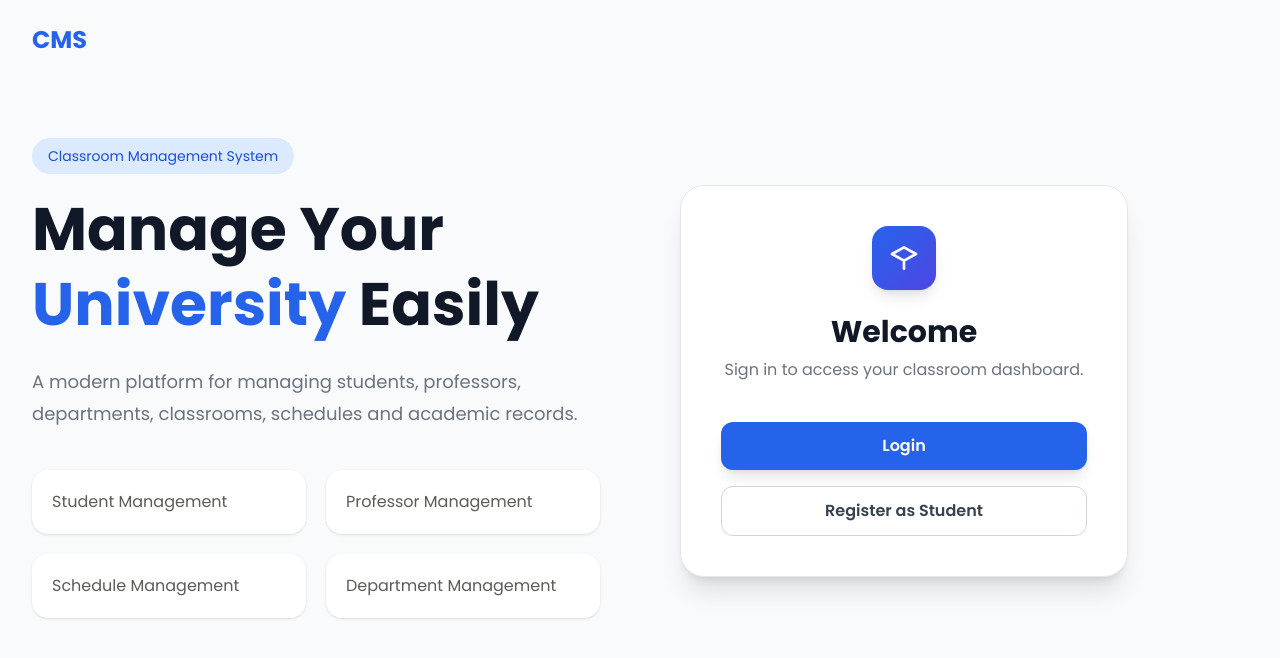
Repository: Chocovcandy/Classroom_Management_System
Page: http://localhost/Login_page
The author's editor kept a copy of each file at every save. The page is drawn from the files as they stood at one save, then again after the next save.
The browser window is 1280 px wide. The pictures show the whole page.
Some web libraries are served in a nearby version. The page is served by the project's Laravel application, run on PHP 8.4 with Laravel 12. Other server files are loaded and not shown.

Above is the page before, as saved 2026-08-09 16:09:02.

### routes/web.php
<?php

use App\Http\Controllers\ProfileController;
use App\Http\Controllers\RoleSelectController;
use Illuminate\Support\Facades\Route;
use App\Http\Controllers\Admin\DepartmentController;
use App\Http\Controllers\Admin\UserController;

//public routes
Route::get('/', function () {
    return view('welcome');
})->name('welcome');

Route::get('/Login_page', function () {
    return view('Login_page');
})->name('Login_page');


// Authentication routes (login, register, etc.) are provided by Breeze
Route::middleware(['auth'])->group(function () {

    // Role selection (after login)
    Route::get('/role/select', [RoleSelectController::class, 'show'])
        ->name('role.select');

    Route::post('/role/select', [RoleSelectController::class, 'store'])
        ->name('role.select.store');

    // Profile (any logged-in user)
    Route::controller(ProfileController::class)->group(function () {
        Route::get('/profile', 'edit')->name('profile.edit');
        Route::patch('/profile', 'update')->name('profile.update');
        Route::delete('/profile', 'destroy')->name('profile.destroy');
    });

    // Admin routes
    Route::prefix('admin')
        ->name('admin.')
        ->middleware(['role:Admin'])
        ->group(function () {

            Route::view('/dashboard', 'admin.dashboard')
                ->name('dashboard');

            Route::resource('users', UserController::class);
            Route::resource('departments', DepartmentController::class);
        });

 // Dean rputes
    Route::prefix('dean')
        ->name('dean.')
        ->middleware(['role:Dean'])
        ->group(function () {
            Route::view('/dashboard', 'dean.dashboard')
                ->name('dashboard');
        });

    //HoD routes
    Route::prefix('hod')
        ->name('hod.')
        ->middleware(['role:HoD'])
        ->group(function () {
            Route::view('/dashboard', 'hod.dashboard')
                ->name('dashboard');
        });

    // Professor routes
    Route::prefix('professor')
        ->name('professor.')
        ->middleware(['role:Professor'])
        ->group(function () {
            Route::view('/dashboard', 'professor.dashboard')
                ->name('dashboard');
        });

    // Student routes
    Route::prefix('student')
        ->name('student.')
        ->middleware(['role:Student'])
        ->group(function () {
            Route::view('/dashboard', 'student.dashboard')
                ->name('dashboard');
        });


});

require __DIR__.'/auth.php';

### resources/views/Login_page.blade.php
<!DOCTYPE html>
<html lang="en">

<head>
    <meta charset="UTF-8">
    <meta name="viewport" content="width=device-width, initial-scale=1.0">
    <!--=============== BOXICONS ===============-->
    <link rel="stylesheet" href="https://cdn.jsdelivr.net/npm/boxicons@latest/css/boxicons.min.css">

    <!--=============== CSS ===============-->
    <link rel="stylesheet" href="/assets/css/style.css">

    <title>Classroom Management System</title>

    <!-- Tailwind CDN (quick setup) -->
    <script src="https://cdn.tailwindcss.com"></script>
</head>
<body>
            <div class="min-h-screen bg-slate-50">

                <!-- Navigation -->
                <nav class="max-w-7xl mx-auto flex items-center justify-between py-6 px-8">

                    <h1 class="text-2xl font-bold text-blue-600">
                        CMS
                    </h1>

                </nav>


                <div class="max-w-7xl mx-auto px-8 py-16 grid lg:grid-cols-2 gap-20 items-center">

                    <!-- Left -->

                    <div>

                        <span class="bg-blue-100 text-blue-700 px-4 py-2 rounded-full text-sm">
                            Classroom Management System
                        </span>

                        <h1 class="text-6xl font-extrabold mt-6 leading-tight text-gray-900">
                            Manage Your
                            <span class="text-blue-600">
                                University
                            </span>
                            Easily
                        </h1>

                        <p class="mt-6 text-lg text-gray-500 leading-8">

                            A modern platform for managing students,
                            professors, departments, classrooms,
                            schedules and academic records.

                        </p>

                        <div class="grid grid-cols-2 gap-5 mt-10">

                            <div class="bg-white rounded-2xl p-5 shadow">
                                Student Management
                            </div>

                            <div class="bg-white rounded-2xl p-5 shadow">
                                Professor Management
                            </div>

                            <div class="bg-white rounded-2xl p-5 shadow">
                                Schedule Management
                            </div>

                            <div class="bg-white rounded-2xl p-5 shadow">
                                Department Management
                            </div>

                        </div>

                    </div>


                    <!-- Right -->

                    <div class="w-full max-w-md bg-white rounded-3xl border border-gray-200 shadow-xl p-10">

                        <!-- Header -->
                        <div class="text-center">

                            <div
                                class="mx-auto flex h-16 w-16 items-center justify-center rounded-2xl bg-gradient-to-br from-blue-600 to-indigo-600 shadow-lg">
                                <svg xmlns="http://www.w3.org/2000/svg" class="h-8 w-8 text-white" fill="none"
                                    viewBox="0 0 24 24" stroke="currentColor">

                                    <path stroke-linecap="round" stroke-linejoin="round" stroke-width="2"
                                        d="M12 14l9-5-9-5-9 5 9 5zm0 0v6m0-6L3 9m9 5l9-5" />

                                </svg>
                            </div>

                            <h2 class="mt-6 text-3xl font-bold text-gray-900">
                                Welcome
                            </h2>

                            <p class="mt-2 text-gray-500">
                                Sign in to access your classroom dashboard.
                            </p>

                        </div>

                        @guest

                            <div class="mt-10 space-y-4">

                                <a href="{{ route('login') }}"
                                    class="flex items-center justify-center rounded-xl bg-blue-600 py-3 font-semibold text-white shadow-lg hover:bg-blue-700 hover:shadow-xl transition duration-300">

                                    Login

                                </a>

                                @if (Route::has('register'))

                                    <a href="{{ route('register') }}"
                                        class="flex items-center justify-center rounded-xl border border-gray-300 bg-white py-3 font-semibold text-gray-700 hover:bg-gray-50 transition duration-300">

                                        Register as Student

                                    </a>

                                @endif

                            </div>

                        @endguest


                        @auth

                            @php
                                $role = auth()->user()->roles->first()->role_name ?? 'User';
                            @endphp

                            <div class="mt-8">

                                <!-- User Card -->
                                <div class="rounded-2xl bg-slate-50 border border-slate-200 p-5 text-center">

                                    <div
                                        class="mx-auto flex h-14 w-14 items-center justify-center rounded-full bg-blue-100 text-blue-700 font-bold text-xl">

                                        {{ strtoupper(substr(auth()->user()->name, 0, 1)) }}

                                    </div>

                                    <h3 class="mt-4 text-xl font-semibold text-gray-900">
                                        {{ auth()->user()->name }}
                                    </h3>

                                    <span
                                        class="inline-flex mt-2 rounded-full bg-blue-100 px-3 py-1 text-sm font-medium text-blue-700">

                                        {{ $role }}

                                    </span>

                                </div>

                                <!-- Dashboard Button -->

                                @if ($role === 'Admin')
                                <a href="{{ route('admin.dashboard') }}" @elseif ($role === 'Dean')
                                href="{{ route('dean.dashboard') }}" @elseif ($role === 'HoD')
                                    href="{{ route('hod.dashboard') }}" @elseif ($role === 'Professor')
                                    href="{{ route('professor.dashboard') }}" @elseif ($role === 'Student')
                                    href="{{ route('student.dashboard') }}" @endif
                                    class="mt-6 flex justify-center rounded-xl bg-emerald-600 py-3 font-semibold text-white shadow-lg hover:bg-emerald-700 transition">

                                    Go to Dashboard

                                </a>

                                <form method="POST" action="{{ route('logout') }}" class="mt-4">
                                    @csrf

                                    <button type="submit"
                                        class="w-full rounded-xl border border-red-300 py-3 font-medium text-red-600 hover:bg-red-50 transition">

                                        Logout

                                    </button>

                                </form>

                            </div>

                        @endauth

                    </div>
                </div>



            </div>

    </div>


</body>

</html>

### public/assets/css/style.css
/*=============== GOOGLE FONTS ===============*/
@import url("https://fonts.googleapis.com/css2?family=Poppins:wght@400;600;700&display=swap");
/*=============== VARIABLES CSS ===============*/
:root {
    --header-height: 3rem;
    /*========== Colors ==========*/
    --hue: 45;
    --sat: 98%;
    --first-color: hsl(var(--hue), var(--sat), 60%);
    --first-color-light: hsl(var(--hue), var(--sat), 85%);
    --first-color-lighten: hsl(var(--hue), var(--sat), 80%);
    --first-color-alt: hsl(var(--hue), var(--sat), 53%);
    --title-color: hsl(var(--hue), 4%, 15%);
    --text-color: hsl(var(--hue), 4%, 35%);
    --text-color-light: hsl(var(--hue), 4%, 65%);
    --body-color: hsl(var(--hue), 0%, 100%);
    --container-color: #fff;
    --scroll-bar-color: hsl(var(--hue), 4%, 85%);
    --scroll-thumb-color: hsl(var(--hue), 4%, 75%);
    /*========== Font and typography ==========*/
    --body-font: "Poppins", sans-serif;
    --biggest-font-size: 2rem;
    --h2-font-size: 1.25rem;
    --h3-font-size: 1.125rem;
    --normal-font-size: 0.938rem;
    --small-font-size: 0.813rem;
    --smaller-font-size: 0.75rem;
    /*========== Font weight ==========*/
    --font-semi-bold: 600;
    --font-bold: 700;
    /*========== Margenes ==========*/
    --mb-0-5: 0.5rem;
    --mb-0-75: 0.75rem;
    --mb-1: 1rem;
    --mb-1-5: 1.5rem;
    --mb-2: 2rem;
    /*========== z index ==========*/
    --z-tooltip: 10;
    --z-fixed: 100;
}

@media screen and (min-width: 968px) {
    :root {
        --biggest-font-size: 3rem;
        --h2-font-size: 1.75rem;
        --h3-font-size: 1.25rem;
        --normal-font-size: 1rem;
        --small-font-size: 0.875rem;
        --smaller-font-size: 0.813rem;
    }
}
/*=============== BASE ===============*/
*,
::before,
::after {
    box-sizing: border-box;
    padding: 0;
    margin: 0;
}

html {
    scroll-behavior: smooth;
    scroll-padding-top: 6rem;
}

body {
    margin: 0;
    font-family: var(--body-font);
    font-size: var(--normal-font-size);
    background: #ffffff;
    color: var(--text-color);
    transition: 0.5s;
}

h1,
h2,
h3 {
    font-weight: var(--font-semi-bold);
    color: var(--title-color);
    line-height: 1.2;
}

ul {
    list-style: none;
}

a {
    text-decoration: none;
}

/*=============== THEME ===============*/
/*========== Variables Dark theme ==========*/
body.dark-theme {
    --first-color-light: hsl(var(--hue), var(--sat), 75%);
    --title-color: hsl(var(--hue), 4%, 95%);
    --text-color: hsl(var(--hue), 4%, 80%);
    --body-color: hsl(var(--hue), 8%, 13%);
    --container-color: hsl(var(--hue), 8%, 16%);
    --scroll-bar-color: hsl(var(--hue), 4%, 32%);
    --scroll-thumb-color: hsl(var(--hue), 4%, 24%);
}
.container{
    max-width: 1300px;
    margin: 0 auto;
    padding: 0 3rem;
}
/*========== Button Dark/Light ==========*/
.change-theme {
    position: absolute;
    right: 1.5rem;
    top: 2.2rem;
    color: var(--title-color);
    font-size: 1.8rem;
    cursor: pointer;
}

.dark-theme .footer {
    background-color: var(--container-color);
}

/*=============== REUSABLE CSS CLASSES ===============*/
.section {
    padding: 4.5rem 0 1rem;
}

.section__title,
.section__title-center {
    font-size: var(--h2-font-size);
    color: var(--title-color);
    text-align: center;
    margin-bottom: var(--mb-1);
}


.svg__img {
    width: 300px;
    justify-self: center;
}

/*=============== LAYOUT ===============*/
.container{
    max-width: 1600px;
    margin-left: auto;
    margin-right: auto;
    /* background-color: red; */
}

.grid {
    display: grid;
    gap: 4.5rem;
}

/*=============== HEADER ===============*/
.header{
    position: fixed;
    top: 25px;
    left: 0;
    width: 100%;
    z-index: 1000;
    background: transparent;
}

/*=============== NAV ===============*/
.nav{
    max-width: 1300px;
    margin: auto;
    height: 60px;
    display: flex;
    justify-content: space-between;
    align-items: center;

    padding: 0 24px;

    background: rgba(255,255,255,.85);
    backdrop-filter: blur(20px);

    border-radius: 40px;

    box-shadow:
        0 10px 30px rgba(0,0,0,.08);

    border: 1px solid rgba(255,255,255,.5);
}
.LU_logo{
    width: 190px;
}
.nav__menu{
    flex: 1;
    display: flex;
    justify-content: center;
}
.nav__list{
    display:flex;
    gap:18px;
    list-style:none;
}

.nav__link{
    padding:10px 18px;
    border-radius:30px;

    text-decoration:none;
    color:#555;

    font-weight:600;

    transition:.3s;
}
.nav__link:hover{
    background:#f3f4f6;
    color:var(--first-color);
}

.active-link{
    background:hsl(219, 79%, 57%);
}
.nav__actions{
    display:flex;
    align-items:center;
}
#getStarted{
    padding:12px 24px;
    border-radius:40px;
    background:var(--first-color);
    color:#fff;
    text-decoration:none;
    font-weight:600;
    transition:.3s;
}

#getStarted:hover{
    transform:translateY(-2px);
    box-shadow:0 10px 20px rgba(0,0,0,.15);
}




/*=============== SVG Image ===============*/
.img_svg1 svg {
    width: 100%;
    max-width: 500px;
    margin-left: 125px;
}

.img_svg2 svg {
    width: 100%;
    max-width: 480px;
    margin-left: 50px;
}
.img_svg3 svg {
    width: 100%;
    max-width: 530px;
    margin-left: 85px;
}
.img_svg4 svg {
    margin-top: 80px;
    width: 100%;
    max-width: 580px;
    /* margin-left: 40px; */
}
.img_svg5 svg {
    display: block;
    width: 100%;
    max-width: 130px;
    margin: 0 auto 0px;
}
.img_svg6 svg {
    display: block;
    width: 100%;
    max-width: 180px;
    margin: 0 auto 0px;
}
.img_svg7 svg {
    display: block;
    width: 100%;
    max-width: 220px;
    margin: 0 auto 0px;
}
.image_01 img {
    width: 100%;
    max-width: 180px;
    height: 180px;
    object-fit: cover;
    border-radius: 50%;
    display: block;
    margin: 0 auto;
}
.image_02 img {
    width: 100%;
    max-width: 180px;
    height: 180px;
    object-fit: cover;
    border-radius: 50%;
    display: block;
    margin: 0 auto;
}
.img_svg1{
    display:flex;
    justify-content:center;
    position:relative;
}

.img_svg1 svg{
    width:100%;
    max-width:560px;
    animation:float 5s ease-in-out infinite;
}


/*================ HOME =================*/
@media screen and (max-width: 768px) {

    .home {
        min-height: auto;

        padding: 90px 0 70px;
    }

    .home__container {
        grid-template-columns: 1fr;

        gap: 50px;

        text-align: center;
    }

    .home__data {
        max-width: 600px;

        margin: 0 auto;
    }

    .home__title {
        font-size: 2.7rem;

        letter-spacing: -1.5px;
    }

    .home__description {
        margin-left: auto;
        margin-right: auto;
    }

    .home__buttons {
        justify-content: center;
    }

    .home__image {
        padding: 10px;
    }

    .home__image::before {
        width: 300px;
        height: 300px;
    }

    .home__image svg {
        max-width: 350px;
    }
}











@keyframes float{

    0%,100%{
        transform:translateY(0);
    }

    50%{
        transform:translateY(-15px);
    }

}







#services__description {
    margin-top: 20px;
}


#services {
    margin-top: 120px;
}


/*=============== BUTTONS ===============*/
.button {
    display: inline-block;
    background-color: #4c8ce4;
    color: white;
    padding: 0.75rem 1.5rem;
    border-radius: 3rem;
    font-weight: var(--font-semi-bold);
    transition: 0.3s;
}

.button:hover {
    background-color: var(--first-color-alt);
}

.button__header {
    display: none;
}

.button-link {
    background: none;
    padding: 0;
    color: var(--title-color);
}

.button-link:hover {
    background-color: transparent;
}

.button-flex {
    display: inline-flex;
    align-items: center;
    column-gap: 0.25rem;
    padding: 0.75rem 1rem;
}

.button__icon {
    font-size: 1.5rem;
}




/*=============== ABOUT ===============*/
.about__container {
    gap: 2.5rem;
}

.about__data {
    text-align: center;
    margin-top: 45px;
}
.about__description {
    font-size: 17px;
    line-height: 1.8;
}




/*=============== Annoucement ===============*/
.annoucement__container {
    gap: 2.5rem;
}
.annoucement__description {
    font-size: 17px;
    line-height: 1.8;
}

.annoucement__data {
    text-align: center;
}



/*=============== SERVICES ===============*/
.services__container {
    padding-top: 1rem;
}

.services__data {
    display: grid;
    row-gap: 1rem;
    background-color: var(--container-color);
    box-shadow: 0px 2px 6px hsla(var(--hue), 100%, 15%, 0.15);
    padding: 2rem 1.5rem;
    border-radius: 1rem;
    text-align: center;
}

.services__img {
    width: 135px;
    justify-self: center;
    margin-bottom: var(--mb-0-5);
}




.contact__card {
    background: #fff;
    border-radius: 20px;
    overflow: hidden;
    box-shadow: 0 10px 30px rgba(0, 0, 0, 0.08);
    transition: 0.35s;
}

.contact__card:hover {
    transform: translateY(-8px);
    box-shadow: 0 18px 40px rgba(0, 0, 0, 0.12);
}

.contact__image {
    width: 100%;
    height: 220px;
    object-fit: cover;
}

.contact__badge {
    display: inline-block;
    margin: 1.25rem 1.5rem 0.5rem;
    padding: 0.35rem 0.8rem;
    border-radius: 30px;
    background: var(--first-color-light);
    color: var(--title-color);
    font-size: 0.8rem;
    font-weight: 600;
}

.contact__title {
    margin: 0 1.5rem;
    font-size: 1.3rem;
}

.contact__text {
    margin: 0.75rem 1.5rem;
    color: var(--text-color);
    line-height: 1.7;
}

.contact__info {
    margin: 1.25rem 1.5rem 2rem;
    display: grid;
    gap: 0.7rem;
    color: var(--text-color);
}

.contact.section.container{
    max-width: 1200px;
    margin: 0 auto;
    /* margin: 0 auto; */
}

.section__description {
    text-align: center;
    max-width: 650px;
    margin: 0 auto;
    margin-bottom:35px ;
    color: var(--text-color);
}

/*=============== CONTACT ===============*/

.contact__container  grid{
    display:grid;
    grid-template-columns:repeat(auto-fit,minmax(340px,1fr));
    gap:2rem;
    max-width:2800px;
    margin:auto;
}
.contact__description {
    text-align: center;
}

.contact__content {
    row-gap: 0.75rem;
}

.contact__address {
    font-size: var(--small-font-size);
    font-weight: var(--font-semi-bold);
    color: var(--title-color);
}

.contact__information {
    font-weight: initial;
    color: var(--text-color);
}




/*=============== FOOTER ===============*/
.footer {
    background-color: var(--first-color-lighten);
    padding-bottom: 2rem;
}

.footer__container {
    row-gap: 2rem;
}

.footer__logo,
.footer__title {
    font-size: var(--h3-font-size);
    margin-bottom: var(--mb-0-75);
}

.footer__logo {
    display: inline-block;
    font-weight: var(--font-semi-bold);
    color: var(--title-color);
}

.footer__description,
.footer__link {
    font-size: var(--small-font-size);
}

.footer__links {
    display: grid;
    row-gap: 0.5rem;
}

.footer__link {
    color: var(--title-color);
}

.footer__social {
    display: flex;
    column-gap: 1.5rem;
}

.footer__social-link {
    font-size: 1.25rem;
    color: var(--title-color);
}

.footer__copy {
    margin-top: 6rem;
    text-align: center;
    font-size: var(--smaller-font-size);
    color: var(--text-color);
}

/*=============== SCROLL UP ===============*/
.scrollup {
    position: fixed;
    background: var(--first-color);
    right: 1rem;
    bottom: -20%;
    display: inline-flex;
    padding: 0.3rem;
    border-radius: 0.25rem;
    z-index: var(--z-tooltip);
    opacity: 0.8;
    transition: 0.4s;
}

.scrollup:hover {
    background-color: var(--first-color);
    opacity: 1;
}

.scrollup__icon {
    font-size: 1.25rem;
    color: var(--title-color);
}

/* Show Scroll Up*/
.show-scroll {
    bottom: 3rem;
}




/*=============== SCROLL BAR ===============*/
::-webkit-scrollbar {
    width: 0.6rem;
    border-radius: 0.5rem;
    background-color: var(--scroll-bar-color);
}

::-webkit-scrollbar-thumb {
    background-color: var(--scroll-thumb-color);
    border-radius: 0.5rem;
}

::-webkit-scrollbar-thumb:hover {
    background-color: var(--text-color-light);
}



/*=============== MEDIA QUERIES ===============*/

/* Small devices */
@media screen and (max-width: 360px) {
    .svg__img {
        width: 100%;
    }
    .section {
        padding: 3.5rem 0 1rem;
    }
    .services__img {
        width: 100px;
    }

    .app__buttons {
        grid-template-columns: max-content;
    }
    .contact__container{
        grid-template-columns: 1fr;
    }
}

/* Medium devices */
@media screen and (min-width: 576px) {

    .svg__img {
        width: 100%;
    }

    .section__title-center {
        text-align: initial;
    }

    .home__container,
    .about__container,
    .annoucement__container,
    .services__container,
    .app__container,
    .footer__container {
        grid-template-columns: repeat(2, 1fr);
    }

    .home__img {
        order: 1;
    }

    .home__container,
    .about__container,
    .annoucement__container,
    .app__container {
        align-items: center;
    }

    .about__data,
    .annoucement__data,
    .app__data,
    .contact__description {
        text-align: initial;
    }

    .about__img,
    .app__img {
        order: -1;
    }

    /* Contact Cards */
    .contact__container{
        grid-template-columns: repeat(2, 1fr);
    }
}


/* Tablet */
@media screen and (min-width: 767px) {

    body {
        margin: 0;
    }

    .section {
        padding: 6rem 0 2rem;
    }

    .nav {
        height: calc(var(--header-height) + 1.5rem);
    }

    .nav__list {
        flex-direction: row;
        column-gap: 2.5rem;
    }

    .nav__toggle {
        display: none;
    }

    .change-theme {
        position: initial;
    }

    .home__container {
        padding: 6rem 0 2rem;
    }

    .app__buttons {
        justify-content: initial;
    }
}


/* Large devices */
@media screen and (min-width: 968px) {

    .button__header {
        display: block;
    }

    .svg__img {
        width: 470px;
    }

    .about__container,
    .annoucement__container,
    .app__container {
        column-gap: 6rem;
    }

    .services__container {
        grid-template-columns: repeat(3, 1fr);
    }

    /* Contact Cards */
    .contact__container{
        grid-template-columns: repeat(3, 1fr);
    }

    .footer__container {
        grid-template-columns: repeat(5, 1fr);
    }

    .footer__social {
        align-items: flex-start;
    }

    .footer__social-link {
        font-size: 1.45rem;
    }
}


/* Desktop */
@media screen and (min-width: 1024px) {

    .container {
        margin-left: auto;
        margin-right: auto;
    }

    .home__img {
        width: 540px;
    }

    .home__description {
        padding-right: 5rem;
    }

    .footer__container {
        column-gap: 3rem;
    }

    .scrollup {
        right: 2rem;
    }
}

Loaded but not shown: routes/auth.php (common file); app/Http/Controllers/Auth/EmailVerificationPromptController.php (common file); app/Http/Controllers/Controller.php (common file); app/Http/Controllers/Auth/VerifyEmailController.php (common file)

After the next save:
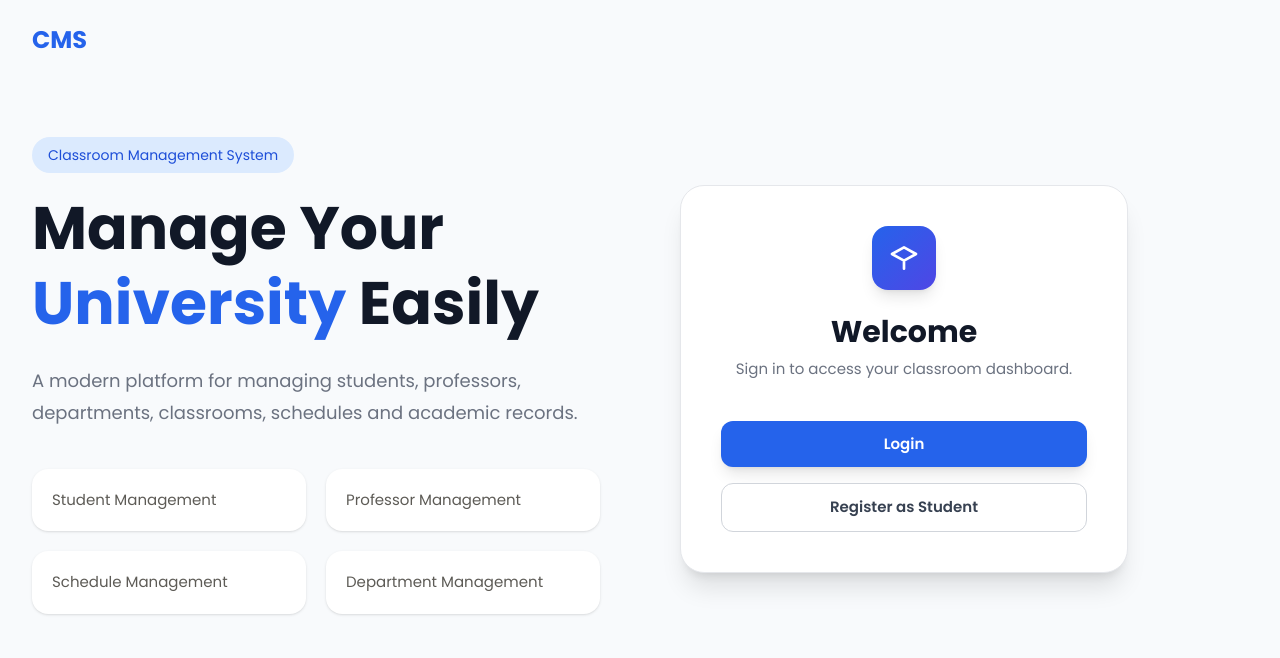
Saved 21 s later.
--- a/public/assets/css/style.css
+++ b/public/assets/css/style.css
@@ -39,16 +39,6 @@
     --z-fixed: 100;
 }
 
-@media screen and (min-width: 968px) {
-    :root {
-        --biggest-font-size: 3rem;
-        --h2-font-size: 1.75rem;
-        --h3-font-size: 1.25rem;
-        --normal-font-size: 1rem;
-        --small-font-size: 0.875rem;
-        --smaller-font-size: 0.813rem;
-    }
-}
 /*=============== BASE ===============*/
 *,
 ::before,
